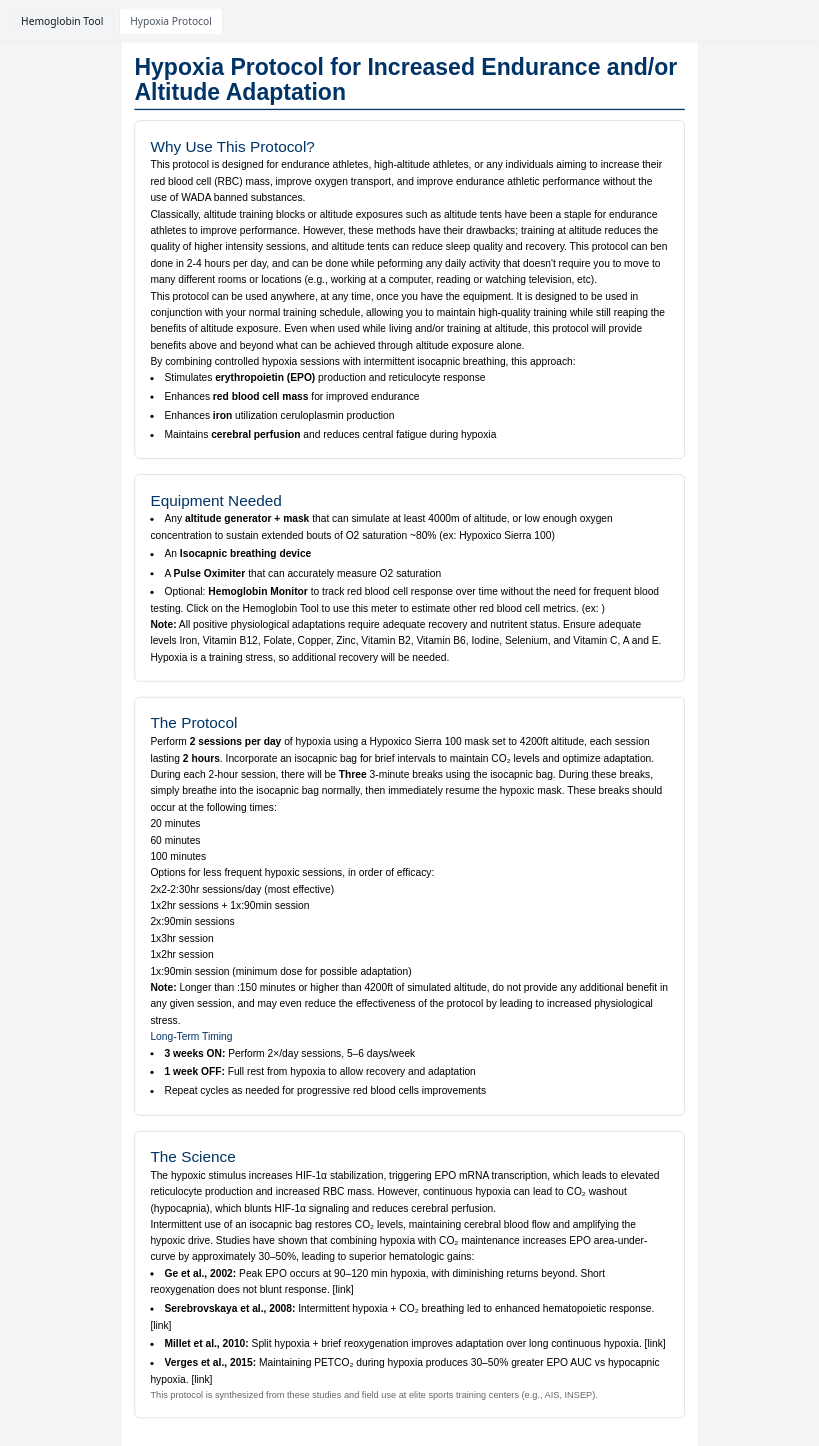
Repository: austenhughes1/hemoglobin_rbc_metrics
Page: hypoxia_protocol.html
These files come from the project's save history. The page is drawn as it stood at one moment and after the next save; the edit follows.
The browser window is 1280 px wide. The pictures show the whole page, at 64% of full size.
Some web libraries are served in a nearby version.

Above is the page before, as saved 2025-06-25 16:12:26.

After the next save:
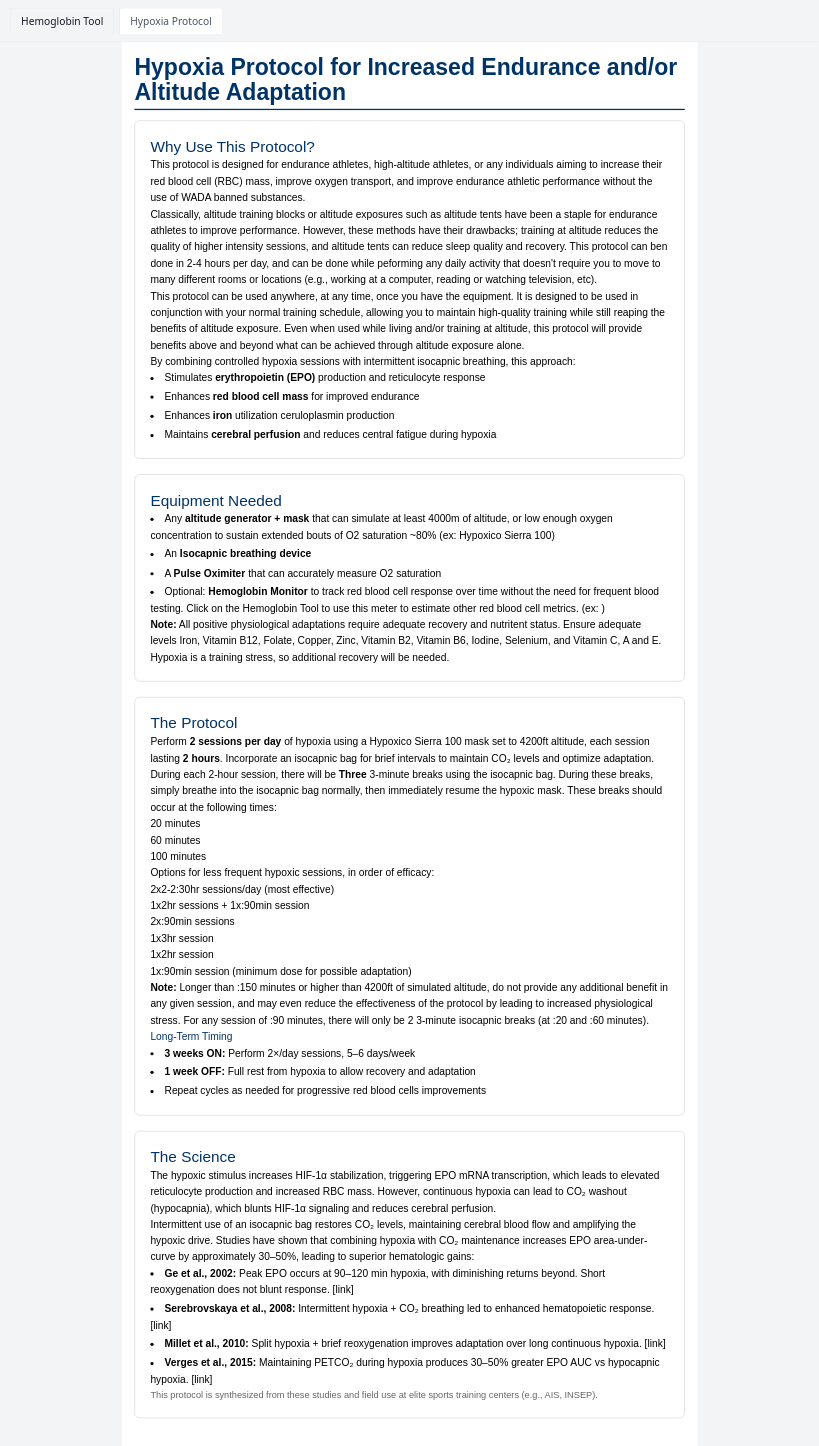
Saved 77 s later.
--- a/hypoxia_protocol.html
+++ b/hypoxia_protocol.html
@@ -102,7 +102,7 @@
             <li>1x2hr session</li>
             <li>1x:90min session (minimum dose for possible adaptation)</li>
         </ul>
-        <strong>Note:</strong> Longer than :150 minutes or higher than 4200ft of simulated altitude, do not provide any additional benefit in any given session, and may even reduce the effectiveness of the protocol by leading to increased physiological stress.
+        <strong>Note:</strong> Longer than :150 minutes or higher than 4200ft of simulated altitude, do not provide any additional benefit in any given session, and may even reduce the effectiveness of the protocol by leading to increased physiological stress. For any session of :90 minutes, there will only be 2 3-minute isocapnic breaks (at :20 and :60 minutes).
         </p>
 
         <h3>Long-Term Timing</h3>
